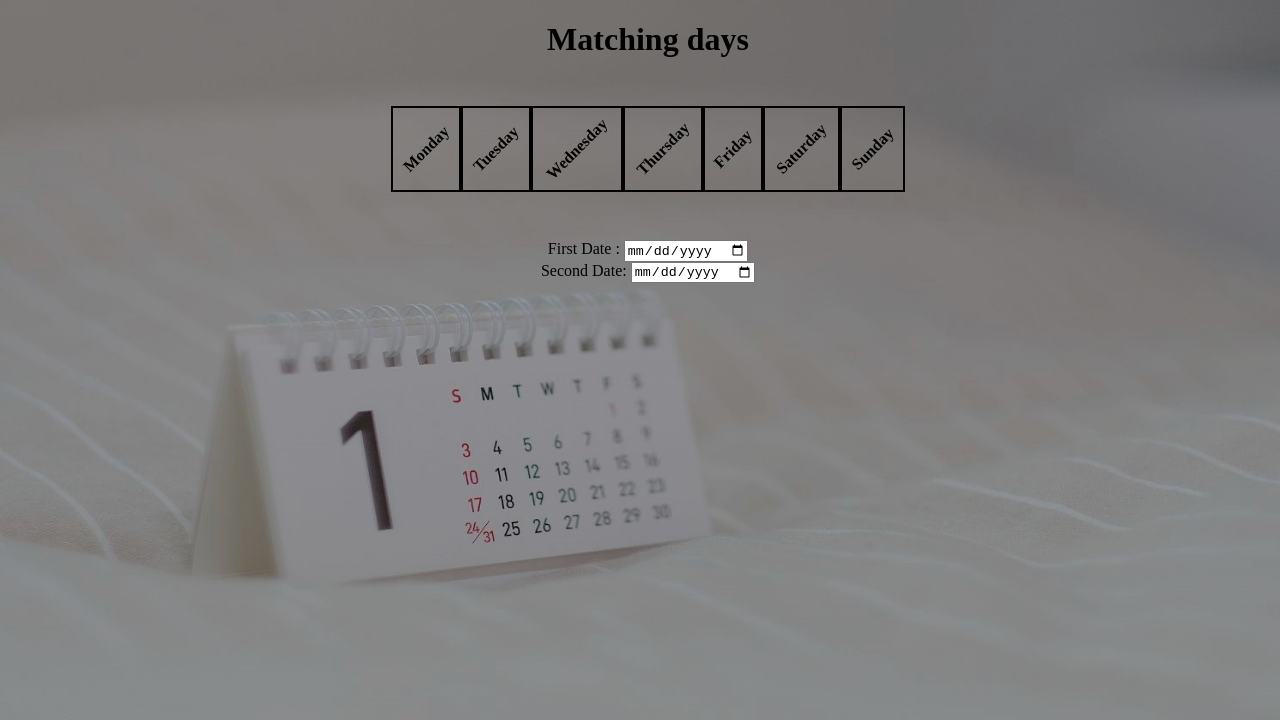
Repository: lasity34/matching-days
Page: index.html
The author's editor kept a copy of each file at every save. The page is drawn from the files as they stood at one save, then again after the next save.
The browser window is 1280 px wide. The page is 1288 px wide, so the pictures cover 1288 px, including what lies to the right of the window. The pictures show the whole page.
Some web fonts or font styles are not loaded; a fallback is used. Some web libraries are served in a nearby version.

Above is the page before, as saved 2023-05-10 10:55:13.

### index.html
<!DOCTYPE html>
<html lang="en">
<head>
    <meta charset="UTF-8">
    <meta http-equiv="X-UA-Compatible" content="IE=edge">
    <meta name="viewport" content="width=device-width, initial-scale=1.0">
    <title>Matching days</title>
    <link rel="preconnect" href="https://fonts.googleapis.com">
<link rel="preconnect" href="https://fonts.gstatic.com" crossorigin>
<link href="https://fonts.googleapis.com/css2?family=Battambang:wght@300;400;700&display=swap" rel="stylesheet">
    <link rel="stylesheet" href="style.css" >
    <script src="https://cdnjs.cloudflare.com/ajax/libs/handlebars.js/4.0.11/handlebars.min.js"></script>
    <script type="text/x-template" id="days_template">
        {{#each different_days}}
        <div class="day_box"><p class="day_text">{{day}}</p></div>
        {{/each}}
    </script>
</head>
<body>

    <h1>Matching days</h1>
    <section class="days_container">

    </section>
    <section class="date_input_container">
        <div>

            <label for="first_date">First Date :</label>
            <input type="date" id="first_date" name="first_date" />
        </div>
        <div>

            <label for="second_date">Second Date:</label>
            <input type="date" id="second_date" name="second_date"/>
        </div>
    </section>


        <!-- matching-days function -->
        <script src="/matching-days.js" charset="utf-8"></script>
        <!-- followed by the tests -->
        <script src="./matching-days-factory.js" charset="utf-8"></script>

</body>
</html>

### style.css

html {
    font-family: 'Battambang', cursive;
    background: url("./Images/background.jpg") no-repeat  center / 100% 100% fixed ;
}

body {
    width: 100%;
}

h1 {
    text-align: center;
}
/* days display */
.days_container {
    display: flex;
    justify-content: center;
    margin: 3em auto;
    width: 100%;
}

.day_box {
    border: 2px solid black;
    padding: 1em 0.3em;

}

.day_text {
    transform: rotate(-45deg);
    font-weight: 700;
}

/* dates input */


.date_input_container {
    display: flex;
    flex-direction: column;
    align-items: center;
    height: 20vh;
}

### matching-days.js



document.addEventListener("DOMContentLoaded", function() {

    const template_source = document.querySelector("#days_template").innerHTML
    const days_template = Handlebars.compile(template_source)
    const days_data_display = document.querySelector(".days_container")

    const daysData = {
        different_days: [
            { day: "Monday"},
            { day: "Tuesday"},
            { day: "Wednesday"},
            { day: "Thursday"},
            { day: "Friday"},
            { day: "Saturday"},
            { day: "Sunday"}
        ]
    }

    const daysDataHTML = days_template(daysData)

    days_data_display.innerHTML = daysDataHTML

})

Loaded but not shown: matching-days-factory.js (no stored copy; drawn as an empty file)

After the next save:
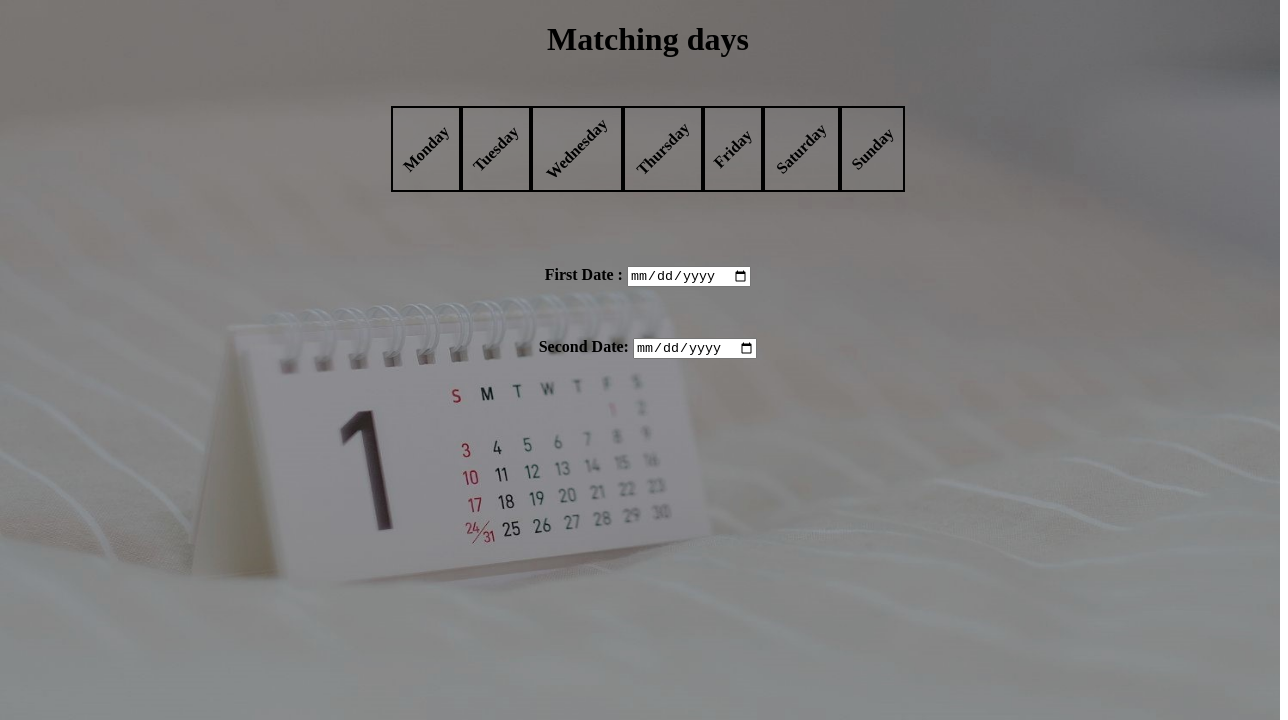
Saved 94 min 2 s later.
--- a/style.css
+++ b/style.css
@@ -2,6 +2,7 @@
 html {
     font-family: 'Battambang', cursive;
     background: url("./Images/background.jpg") no-repeat  center / 100% 100% fixed ;
+    font-weight: 700;
 }
 
 body {
@@ -22,12 +23,12 @@ h1 {
 .day_box {
     border: 2px solid black;
     padding: 1em 0.3em;
-
+    background-color: rgba(128, 128, 128, 0.3);
 }
 
 .day_text {
     transform: rotate(-45deg);
-    font-weight: 700;
+
 }
 
 /* dates input */
@@ -37,5 +38,6 @@ h1 {
     display: flex;
     flex-direction: column;
     align-items: center;
+    justify-content: space-around;
     height: 20vh;
 }
